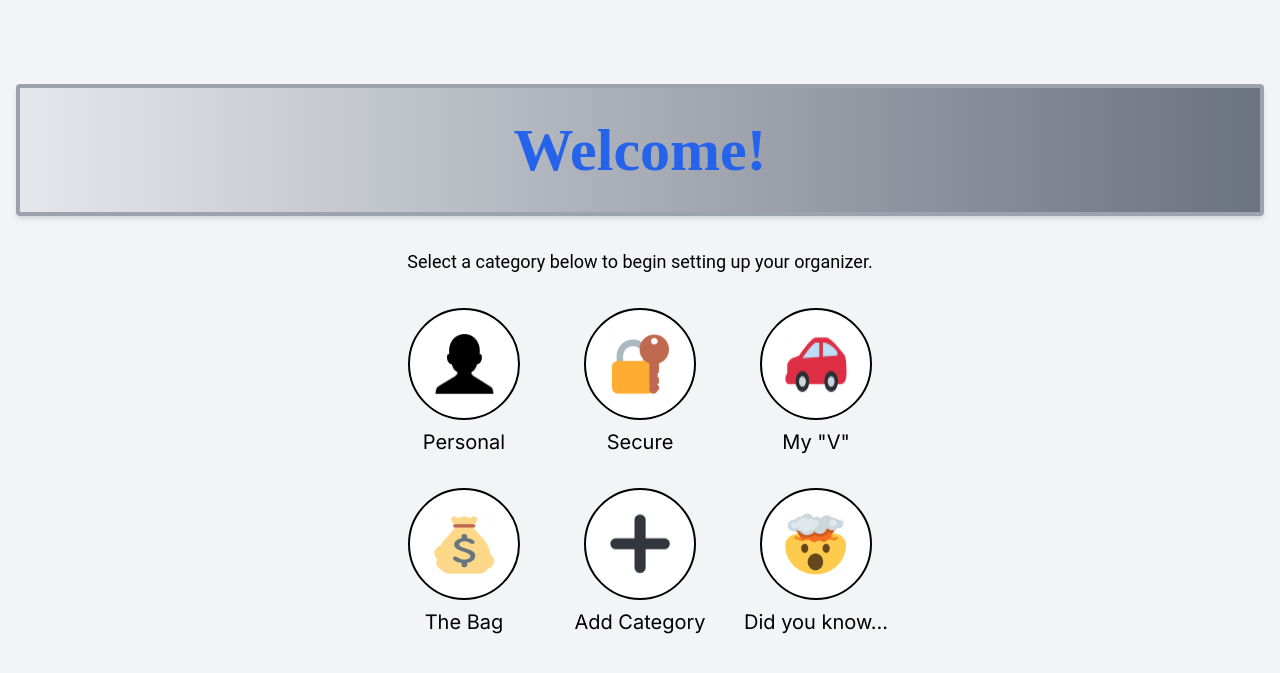
Repository: MercyB19/Russaw_Mercy_Adulting-101_Capstone
Page: page2.html
These files come from the project's save history. The page is drawn as it stood at one moment and after the next save; the edit follows.
The browser window is 1280 px wide. The pictures show the whole page.
Some web fonts or font styles are not loaded; a fallback is used.

Above is the page before, as saved 2024-07-23 05:13:19.

### page2.html
<!DOCTYPE html>
<html lang="en">

<head>
  <meta charset="UTF-8">
  <meta name="viewport" content="width=device-width, initial-scale=1.0">
  <title>YAY Adulting</title>
  <link href="https://cdn.jsdelivr.net/npm/tailwindcss@2.2.19/dist/tailwind.min.css" rel="stylesheet">
  <link rel="stylesheet" href="https://fonts.googleapis.com/css2?family=Balsamiq+Sans:wght@400;700&display=swap">
  <link rel="stylesheet" href="https://fonts.googleapis.com/css2?family=Inter:wght@400;500;600&display=swap">
</head>

<body class="bg-gray-100 flex flex-col items-center justify-center min-h-screen">
  <div class="container mx-auto p-4 flex flex-col items-center">
    <header class="w-full p-8 bg-gradient-to-r from-gray-200 to-gray-500 border-4 border-gray-400 flex flex-col items-center rounded shadow-md mb-8">
      <h1 class="text-6xl font-bold text-blue-600" style="font-family: 'Balsamiq Sans', cursive;">Welcome!</h1>
    </header>
    <div class="text-center mb-8">
      <p class="text-lg" style="font-family: 'Roboto', sans-serif;">Select a category below to begin setting up your organizer.</p>
    </div>
    <div class="grid grid-cols-3 gap-8">
      <div class="flex flex-col items-center">
        <div class="w-28 h-28 flex justify-center items-center bg-white border-2 border-black rounded-full mb-2">
          <img src="Images/Person_personal_img.png" alt="Personal" class="w-16 h-16">
        </div>
        <p class="text-xl" style="font-family: 'Inter', sans-serif;">Personal</p>
      </div>
      <div class="flex flex-col items-center">
        <div class="w-28 h-28 flex justify-center items-center bg-white border-2 border-black rounded-full mb-2">
          <img src="Images/Secure_icon_img.png" alt="Secure" class="w-16 h-16">
        </div>
        <p class="text-xl" style="font-family: 'Inter', sans-serif;">Secure</p>
      </div>
      <div class="flex flex-col items-center">
        <div class="w-28 h-28 flex justify-center items-center bg-white border-2 border-black rounded-full mb-2">
          <img src="images/My_V_img.png" alt="My V" class="w-16 h-16">
        </div>
        <p class="text-xl" style="font-family: 'Inter', sans-serif;">My "V"</p>
      </div>
      <div class="flex flex-col items-center">
        <div class="w-28 h-28 flex justify-center items-center bg-white border-2 border-black rounded-full mb-2">
          <img src="Images/The_bag_icon_img.png" alt="The Bag" class="w-16 h-16">
        </div>
        <p class="text-xl" style="font-family: 'Inter', sans-serif;">The Bag</p>
      </div>
      <div class="flex flex-col items-center">
        <div class="w-28 h-28 flex justify-center items-center bg-white border-2 border-black rounded-full mb-2">
          <img src="Images/Add_new_img.png" alt="Add Category" class="w-16 h-16">
        </div>
        <p class="text-xl" style="font-family: 'Inter', sans-serif;">Add Category</p>
      </div>
      <div class="flex flex-col items-center">
        <div class="w-28 h-28 flex justify-center items-center bg-white border-2 border-black rounded-full mb-2">
          <img src="Images/did_you_know_icon.png" alt="Did you know" class="w-16 h-16">
        </div>
        <p class="text-xl" style="font-family: 'Inter', sans-serif;">Did you know...</p>
      </div>
    </div>
  </div>
</body>

</html>

After the next save:
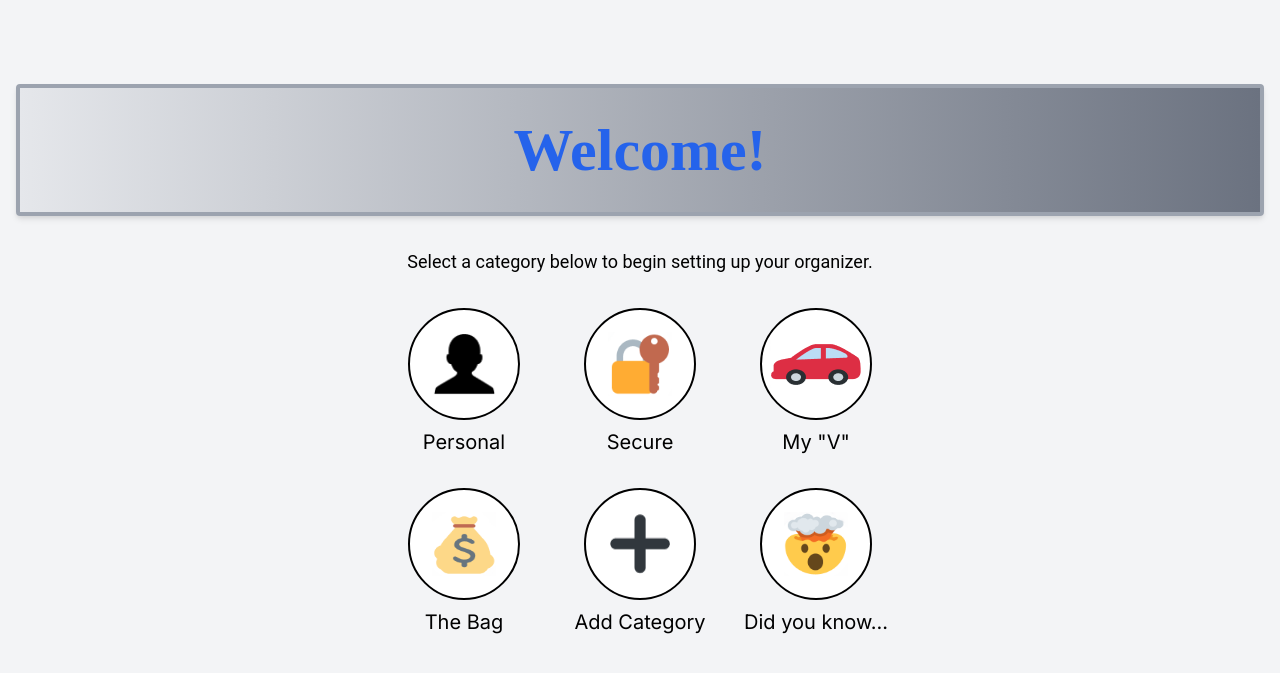
Saved 26 min 19 s later.
--- a/page2.html
+++ b/page2.html
@@ -21,7 +21,7 @@
     <div class="grid grid-cols-3 gap-8">
       <div class="flex flex-col items-center">
         <div class="w-28 h-28 flex justify-center items-center bg-white border-2 border-black rounded-full mb-2">
-          <img src="Images/Person_personal_img.png" alt="Personal" class="w-16 h-16">
+          <img src="Images/Person_personal_img.png" alt="Personal" class="w-17 h-16">
         </div>
         <p class="text-xl" style="font-family: 'Inter', sans-serif;">Personal</p>
       </div>
@@ -33,7 +33,7 @@
       </div>
       <div class="flex flex-col items-center">
         <div class="w-28 h-28 flex justify-center items-center bg-white border-2 border-black rounded-full mb-2">
-          <img src="images/My_V_img.png" alt="My V" class="w-16 h-16">
+          <img src="images/My_V_img.png" alt="My V" class="w-15 h-15">
         </div>
         <p class="text-xl" style="font-family: 'Inter', sans-serif;">My "V"</p>
       </div>
